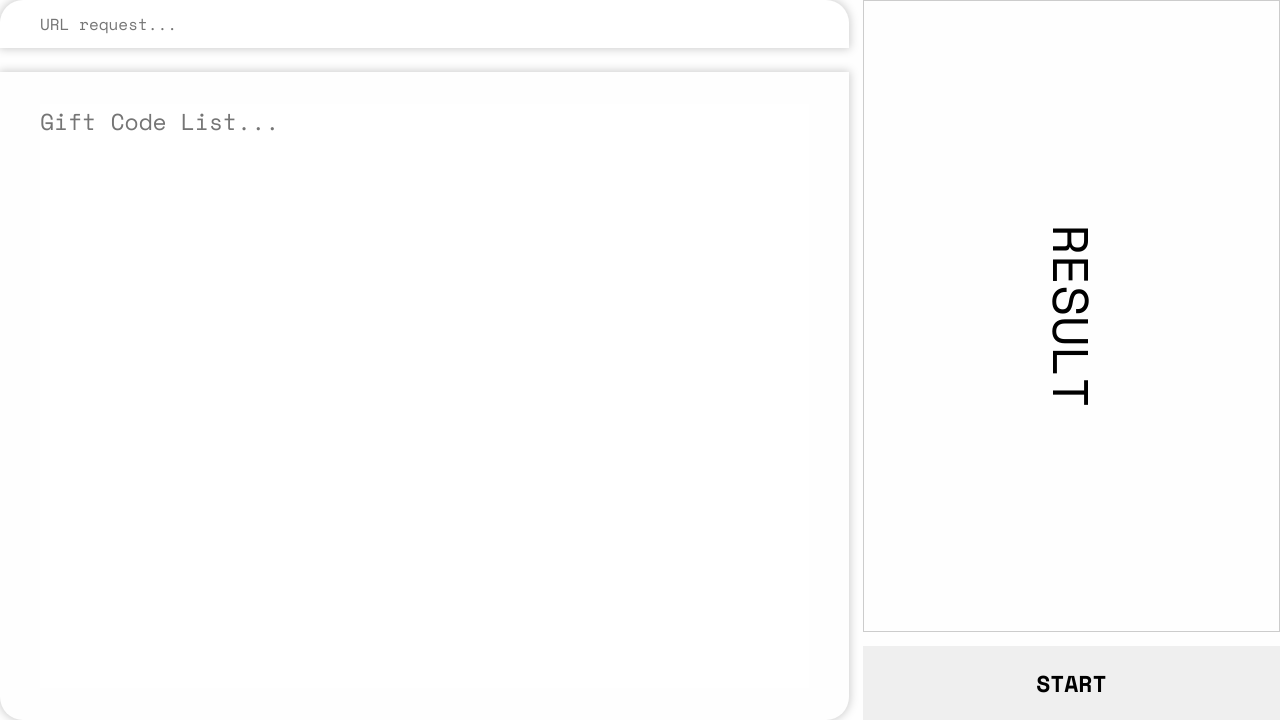
Repository: 777hanh777hanh/test
Page: index.html
These files come from the project's save history. The page is drawn as it stood at one moment and after the next save; the edit follows.
The browser window is 1280 px wide. The pictures show the whole page.

Above is the page before, as saved 2023-06-30 17:49:51.

After the next save:
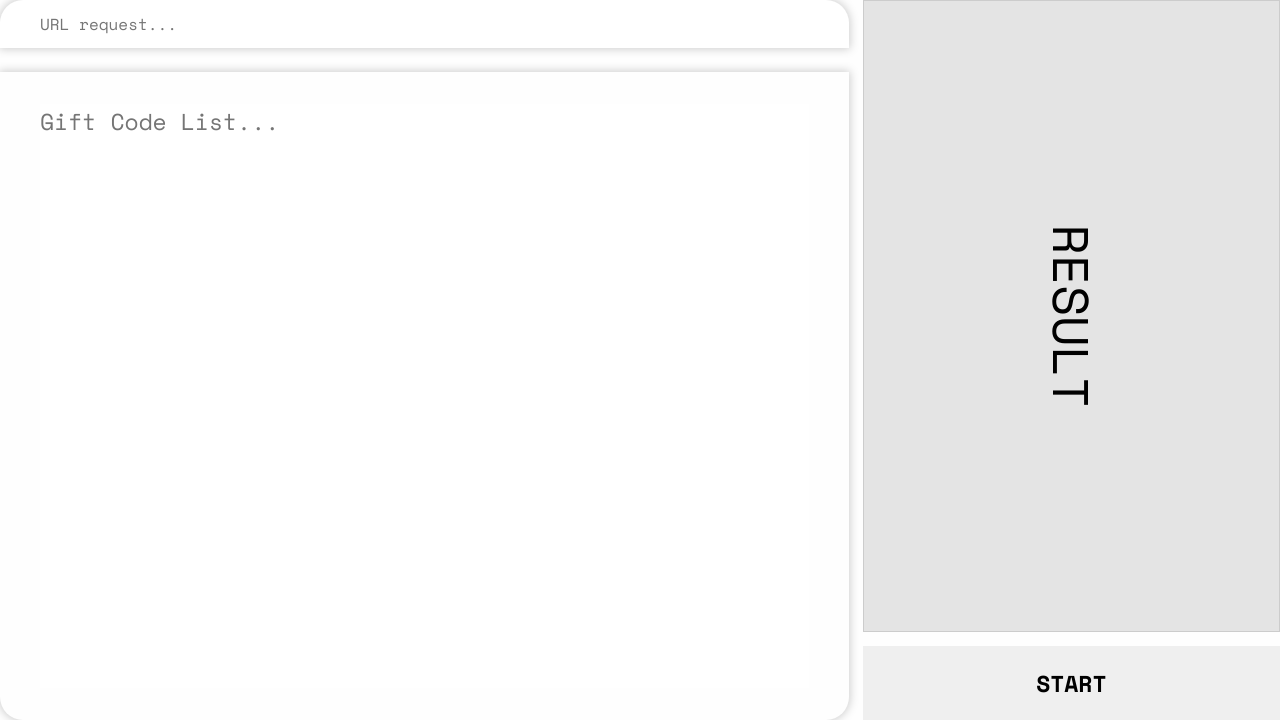
Saved 9 s later.
--- a/assets/css/style.css
+++ b/assets/css/style.css
@@ -94,7 +94,7 @@
     align-items: center;
     flex-grow: 1;
     border: 1px solid #ccc;
-    background: #ccc80;
+    background: #cccccc80;
 }
 
 .result:empty::before {

After the save that followed:
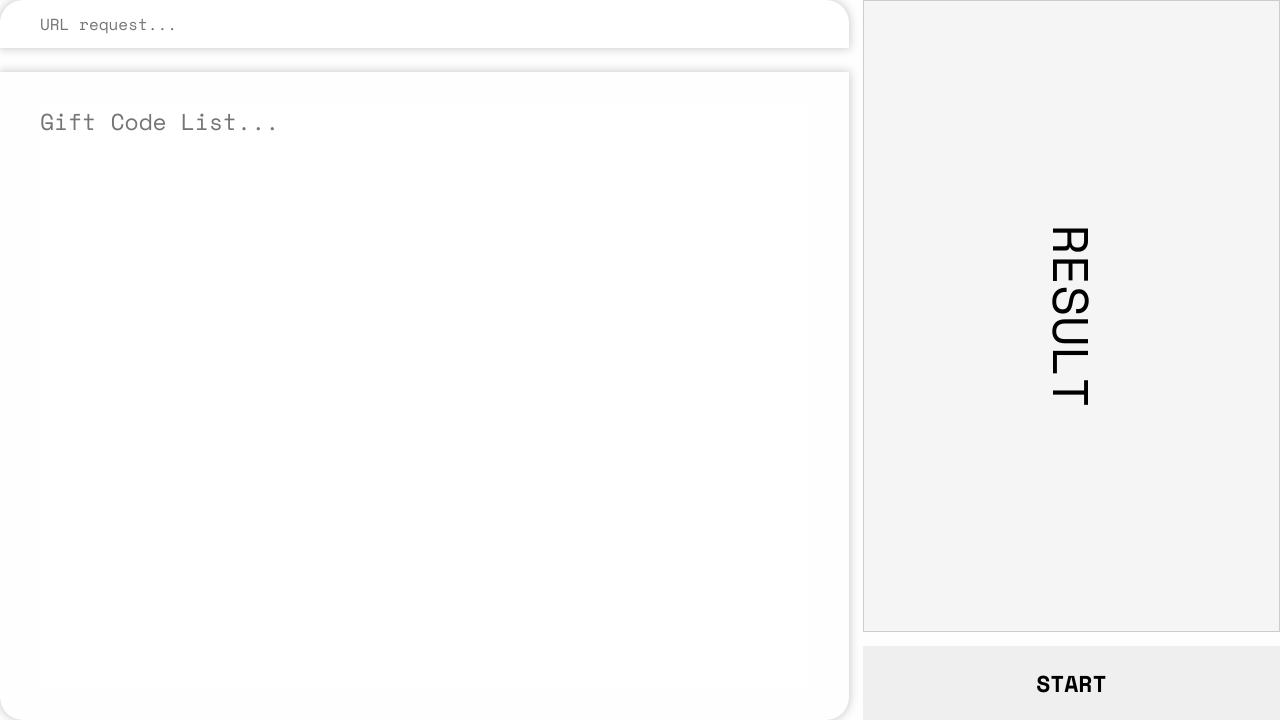
Saved 8 s later.
--- a/assets/css/style.css
+++ b/assets/css/style.css
@@ -94,7 +94,7 @@
     align-items: center;
     flex-grow: 1;
     border: 1px solid #ccc;
-    background: #cccccc80;
+    background: #cccccc30;
 }
 
 .result:empty::before {
